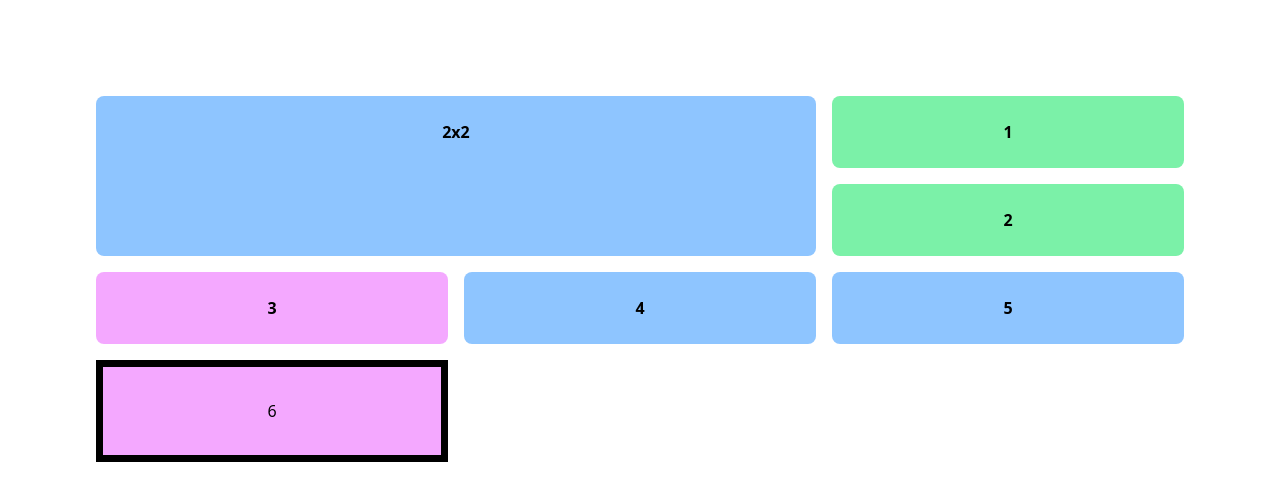
Repository: Abdulahi338/TailwindCss-exercise
Page: Exercise3/index.html
These files come from the project's save history. The page is drawn as it stood at one moment and after the next save; the edit follows.
The browser window is 1280 px wide. The pictures show the whole page.

Above is the page before, as saved 2025-08-12 17:45:15.

### Exercise3/index.html
<!DOCTYPE html>
<html lang="en">
<head>
    <meta charset="UTF-8">
    <meta name="viewport" content="width=device-width, initial-scale=1.0">
        <script src="https://cdn.jsdelivr.net/npm/@tailwindcss/browser@4"></script>

    <title>Exercise 2</title>
</head>
<body>

    <div class="grid grid-cols-3 grid-rwos-3 gap-4 m-24 text-center">
        <div class="bg-blue-300 p-6 font-bold col-span-2 row-span-2 rounded-lg"">2x2</div>
        <div class="bg-green-300 p-6 font-bold rounded-lg">1</div>
        <div class="bg-green-300 p-6 font-bold rounded-lg"">2</div>
        <div class="bg-fuchsia-300 p-6 font-bold rounded-lg"">3</div>
        <div class="bg-blue-300 p-6 font-bold rounded-lg"">4</div>
        <div class="bg-blue-300 p-6 font-bold rounded-lg"">5</div>
        <div class="bg-fuchsia-300 p-8 font-med border-7 border-blueshadow-lg">6</div>

    </div>


</body>
</html>

After the next save:
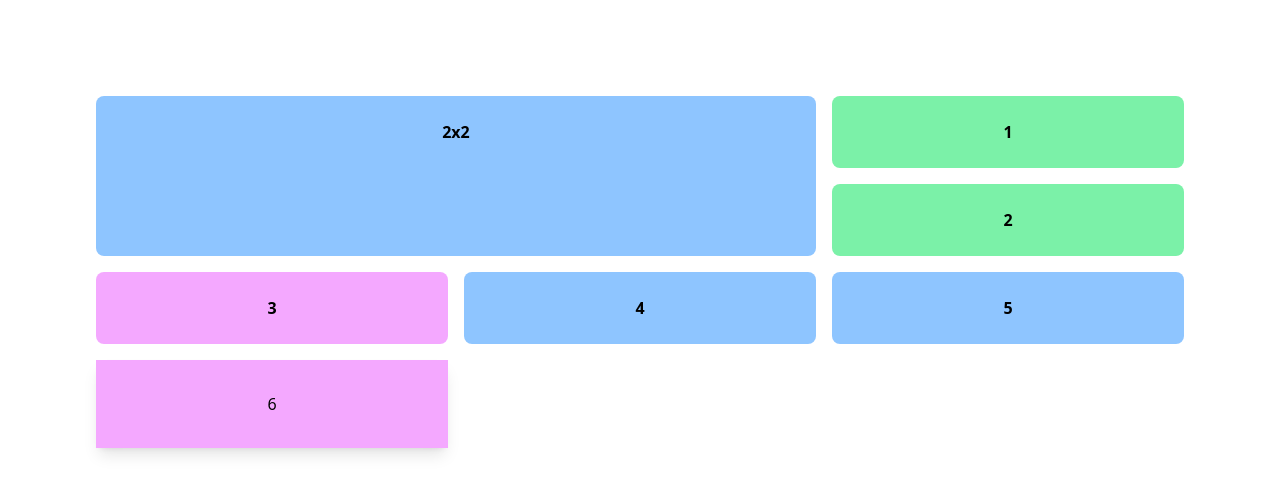
Saved 6 s later.
--- a/Exercise3/index.html
+++ b/Exercise3/index.html
@@ -16,7 +16,7 @@
         <div class="bg-fuchsia-300 p-6 font-bold rounded-lg"">3</div>
         <div class="bg-blue-300 p-6 font-bold rounded-lg"">4</div>
         <div class="bg-blue-300 p-6 font-bold rounded-lg"">5</div>
-        <div class="bg-fuchsia-300 p-8 font-med border-7 border-blueshadow-lg">6</div>
+        <div class="bg-fuchsia-300 p-8 font-med shadow-lg">6</div>
 
     </div>
 
